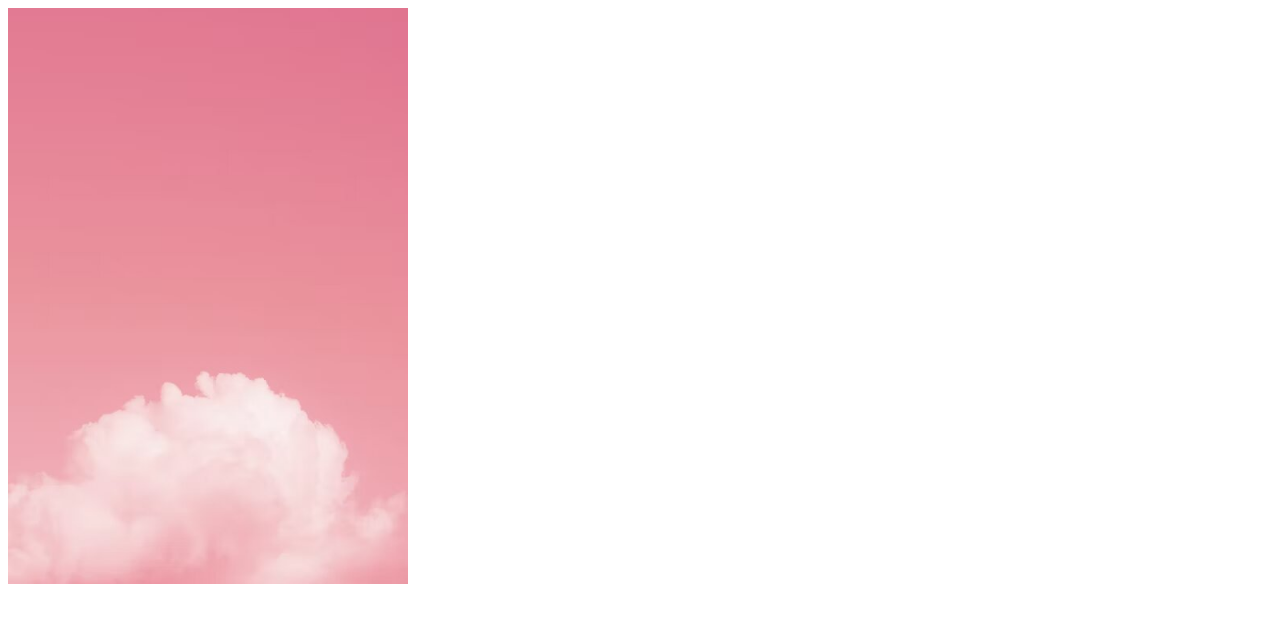
Repository: asya-aisa/grocery-list
Page: /
An editor plug-in stored every save of this project. The page is shown before and after the next save, followed by the edit.
The browser window is 1280 px wide. The pictures show the whole page.
The project was rebuilt for these pictures with package versions that can differ from the ones it lists, and the page was loaded fresh each time.

Above is the page before, as saved 2023-07-14 14:43:33.

After the next save:
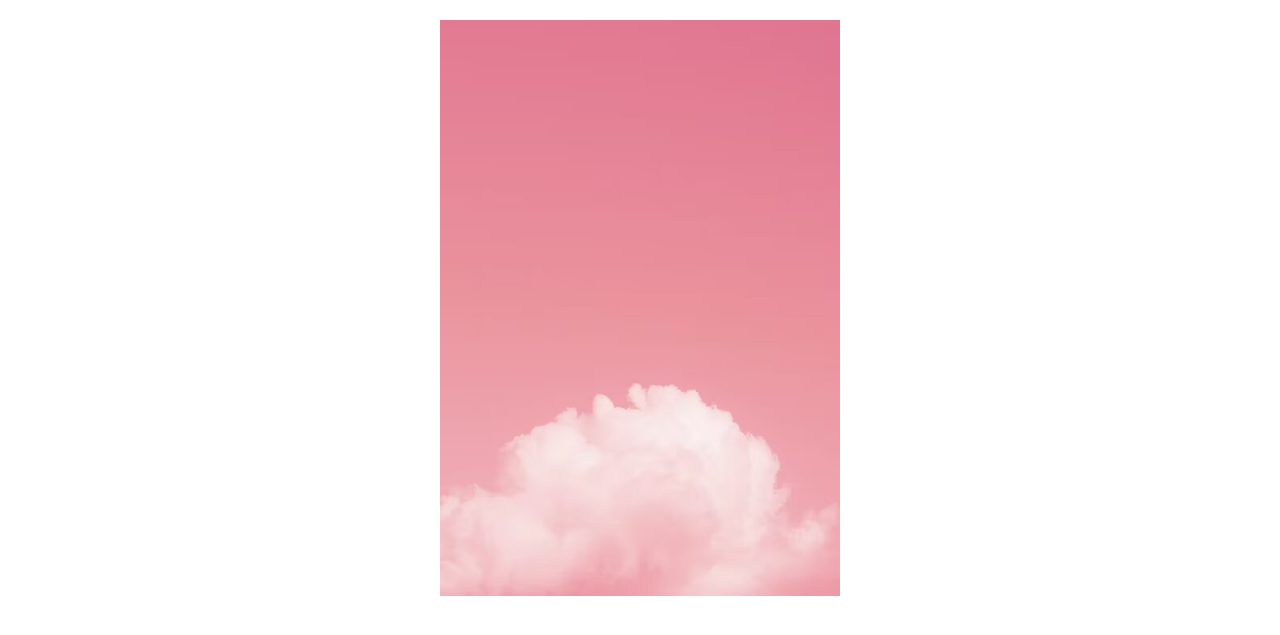
Saved 5 s later.
--- a/src/App.css
+++ b/src/App.css
@@ -5,6 +5,6 @@
   background-repeat: no-repeat;
   width: 400px;
   min-height: 80vh;
-  marg
+  margin: 20px auto;
 
 }
